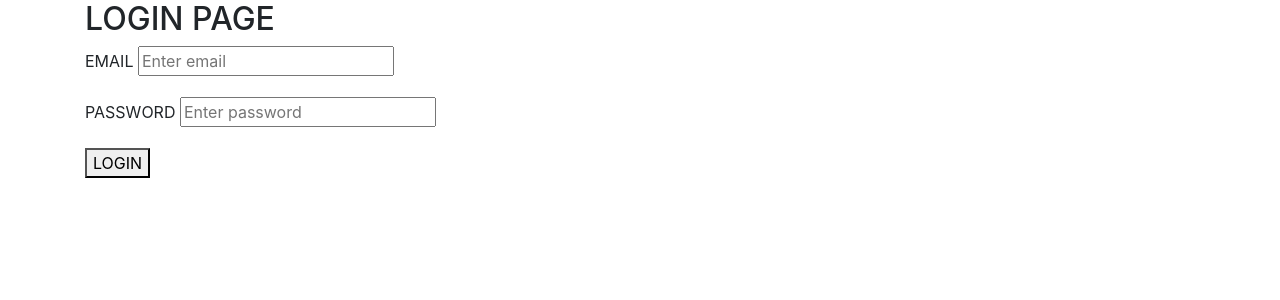
Repository: v-honey-b/Project02_BasicWebPage
Page: http://localhost/_jsp3_project/member/login.jsp
An editor plug-in stored every save of this project. The page is shown before and after the next save, followed by the edit.
The browser window is 1280 px wide. The pictures show the whole page.
The page is served by Tomcat 9.

Above is the page before, as saved 2022-08-29 06:20:03.

After the next save:
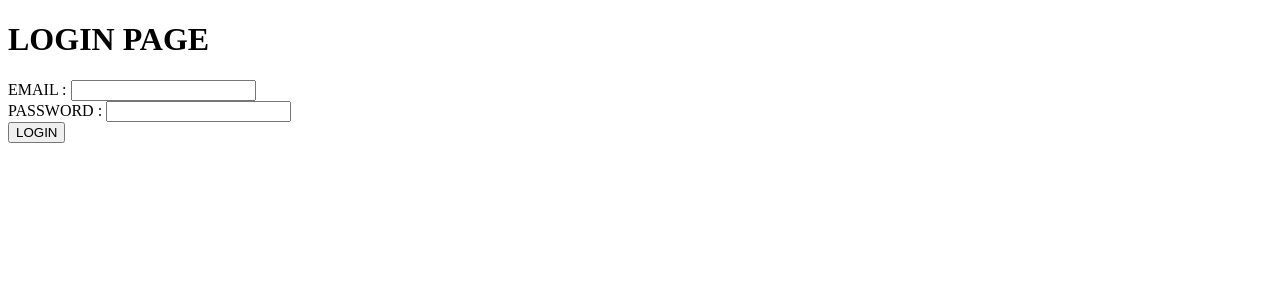
Saved 47 s later.
--- a/_jsp3_project/src/main/webapp/member/login.jsp
+++ b/_jsp3_project/src/main/webapp/member/login.jsp
@@ -2,36 +2,6 @@
     pageEncoding="UTF-8"%>
 <%@ taglib prefix="c" uri="http://java.sun.com/jsp/jstl/core" %>
 <!DOCTYPE html>
-<html lang="en">
-<head>
-  <title>LOGIN</title>
-  <meta charset="utf-8">
-  <meta name="viewport" content="width=device-width, initial-scale=1">
-  <link rel="stylesheet" href="https://cdn.jsdelivr.net/npm/bootstrap@4.6.1/dist/css/bootstrap.min.css">
-  <script src="https://cdn.jsdelivr.net/npm/jquery@3.6.0/dist/jquery.slim.min.js"></script>
-  <script src="https://cdn.jsdelivr.net/npm/popper.js@1.16.1/dist/umd/popper.min.js"></script>
-  <script src="https://cdn.jsdelivr.net/npm/bootstrap@4.6.1/dist/js/bootstrap.bundle.min.js"></script>
-</head>
-<body>
-
-<div class="container">
-  <h2>LOGIN PAGE</h2>
-  <form action="/mem/login_auth" method="post">
-    <div class="form-group">
-      <label for="email">EMAIL</label>
-      <input type="email" placeholder="Enter email" name="email">
-    </div>
-    <div class="form-group">
-      <label for="pwd">PASSWORD</label>
-      <input type="password" placeholder="Enter password" name="pwd">
-    </div>
-    <button type="submit">LOGIN</button>
-  </form>
-</div>
-
-</body>
-</html>
-<!-- <!DOCTYPE html>
 <html>
 <head>
 <meta charset="UTF-8">
@@ -45,4 +15,4 @@
 		<button type="submit">LOGIN</button>
 	</form>
 </body>
-</html> -->
+</html>
